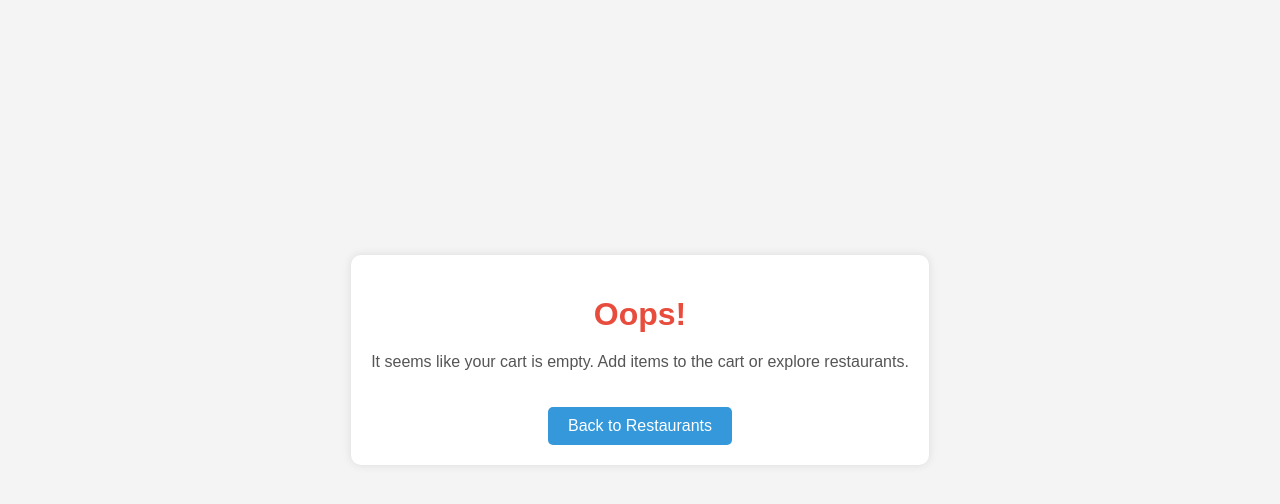
Repository: SWATHIBHUMA/FoodDelivaryApp
Page: http://localhost/FoodDelivaryApp/errorPage.jsp
These files come from the project's save history. The page is drawn as it stood at one moment and after the next save; the edit follows.
The browser window is 1280 px wide. The pictures show the whole page.
The page is served by Tomcat 9. Other server files are loaded and not shown.

Above is the page before, as saved 2024-01-14 11:55:39.

### FoodDelivaryApp/src/main/webapp/errorPage.jsp
<%@ page language="java" contentType="text/html; charset=UTF-8" pageEncoding="UTF-8"%>

<!DOCTYPE html>
<html lang="en">
<head>
    <meta charset="UTF-8">
    <meta http-equiv="X-UA-Compatible" content="IE=edge">
    <meta name="viewport" content="width=device-width, initial-scale=1.0">
    <title>Error - Nothing in Cart</title>
    <style>
        body {
            font-family: 'Arial', sans-serif;
            background-color: #f4f4f4;
            margin: 0;
            padding: 0;
            display: flex;
            align-items: center;
            justify-content: center;
            height: 100vh;
            text-align: center;
        }

        #error-message {
            background-color: #fff;
            padding: 20px;
            border-radius: 10px;
            box-shadow: 0 0 10px rgba(0, 0, 0, 0.1);
            animation: fadeInUp 1s ease; /* Add fade-in animation */
        }

        h1 {
            color: #e74c3c;
            margin-bottom: 20px;
            animation: bounce 1s forwards; /* Change infinite to forwards for single time bounce */
        }

        p {
            color: #555;
            font-size: 16px;
            animation: fadeIn 1s ease; /* Add fade-in animation */
        }

        .back-to-restaurants-btn {
            display: inline-block;
            margin-top: 20px;
            padding: 10px 20px;
            background-color: #3498db;
            color: #fff;
            text-decoration: none;
            border-radius: 5px;
            transition: background-color 0.3s ease;
        }

        .back-to-restaurants-btn:hover {
            background-color: #2980b9;
        }

        @keyframes bounce {
            0%, 20%, 50%, 80%, 100% {
                transform: translateY(0);
            }
            40% {
                transform: translateY(-20px);
            }
            60% {
                transform: translateY(-10px);
            }
        }

        @keyframes fadeIn {
            from {
                opacity: 0;
            }
            to {
                opacity: 1;
            }
        }

        @keyframes fadeInUp {
            from {
                opacity: 0;
                transform: translateY(20px);
            }
            to {
                opacity: 1;
                transform: translateY(0);
            }
        }
    </style>
</head>
<body>
    <div id="error-message">
        <h1>Oops!</h1>
        <p>It seems like your cart is empty. Add items to the cart or explore restaurants.</p>
        <a href="<%= request.getContextPath() %>/Restaurants" class="back-to-restaurants-btn">Back to Restaurants</a>
    </div>
</body>
</html>

After the next save:
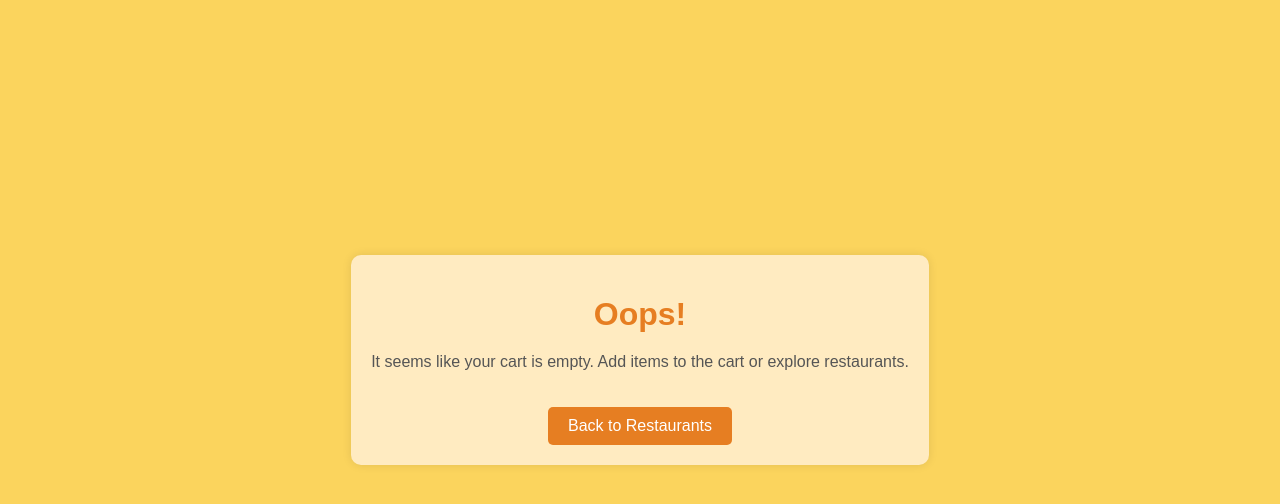
Saved 81 s later.
--- a/FoodDelivaryApp/src/main/webapp/errorPage.jsp
+++ b/FoodDelivaryApp/src/main/webapp/errorPage.jsp
@@ -10,7 +10,7 @@
     <style>
         body {
             font-family: 'Arial', sans-serif;
-            background-color: #f4f4f4;
+            background-color: #fbd45d; /* Warm yellow background */
             margin: 0;
             padding: 0;
             display: flex;
@@ -21,7 +21,7 @@
         }
 
         #error-message {
-            background-color: #fff;
+            background-color: #ffebc1; /* Light orange background */
             padding: 20px;
             border-radius: 10px;
             box-shadow: 0 0 10px rgba(0, 0, 0, 0.1);
@@ -29,7 +29,7 @@
         }
 
         h1 {
-            color: #e74c3c;
+            color: #e67e22; /* Dark orange text */
             margin-bottom: 20px;
             animation: bounce 1s forwards; /* Change infinite to forwards for single time bounce */
         }
@@ -44,7 +44,7 @@
             display: inline-block;
             margin-top: 20px;
             padding: 10px 20px;
-            background-color: #3498db;
+            background-color: #e67e22; /* Dark orange button background */
             color: #fff;
             text-decoration: none;
             border-radius: 5px;
@@ -52,7 +52,7 @@
         }
 
         .back-to-restaurants-btn:hover {
-            background-color: #2980b9;
+            background-color: #d35400; /* Slightly darker orange on hover */
         }
 
         @keyframes bounce {
